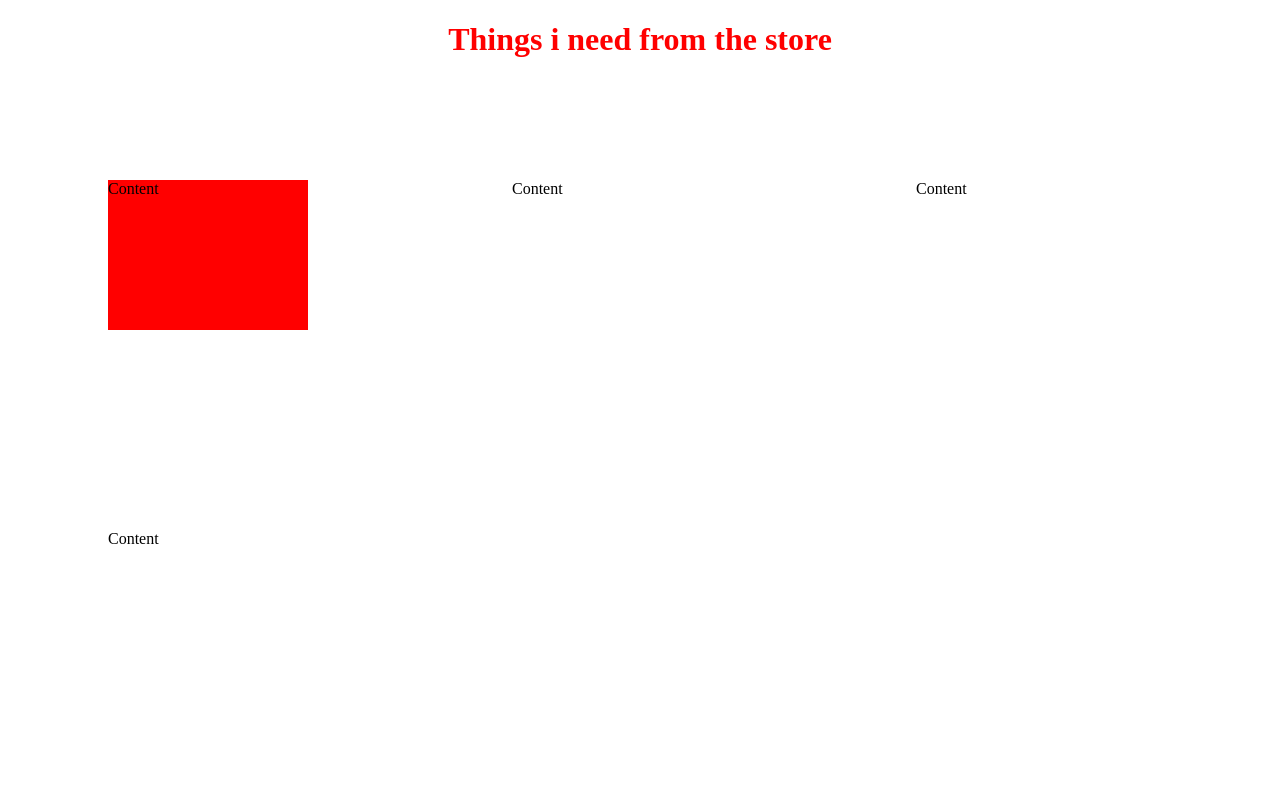
Repository: TheTroyPhillips/Block14
Page: Coursework/Block06/index.html
An editor plug-in stored every save of this project. The page is shown before and after a run of saves, followed by the edit.
The browser window is 1280 px wide. The pictures show the whole page.

Above is the page before, as saved 2023-08-29 17:21:07.

### Coursework/Block06/index.html
<!DOCTYPE html>
<html lang="en">
<head>
    <meta charset="UTF-8">
    <meta name="viewport" content="width=device-width, initial-scale=1.0">
    <title>Troy's Grocery List</title>
    <link rel="stylesheet" href="styles.css">
</head>
<body>
    <h1> Things i need from the store</h1>
    <div class="Box Red"> Content </div>
    <div class="Box Blue"> Content </div>
    <div class="Box Green"> Content </div>
    <div class="Box Yellow"> Content </div>




</body>
</html>

### Coursework/Block06/styles.css
h1 {
    color: red;
    text-align: center;
}
.Box{
    width: 200px;
    height:150px;
    color: black;
    display: inline-block;
    margin-right: 200px;
    margin: 100px;
}
.Red{
    background-color: red;
}
.Blue

After the next 3 saves:
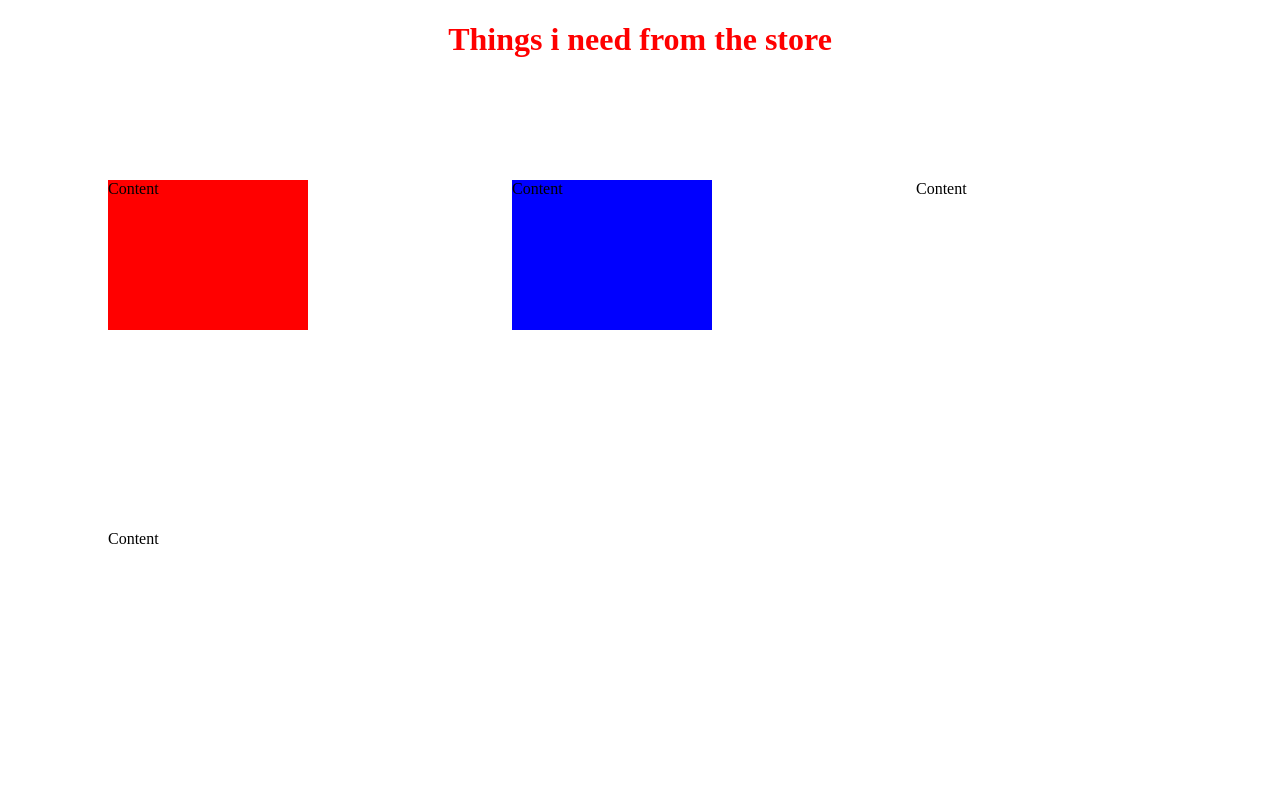
The 3 saves are shown as one change because they came seconds apart.
The last was saved 9 s later.
--- a/Coursework/Block06/styles.css
+++ b/Coursework/Block06/styles.css
@@ -13,4 +13,6 @@ h1 {
 .Red{
     background-color: red;
 }
-.Blue
+.Blue{
+    background-color: blue;
+}
